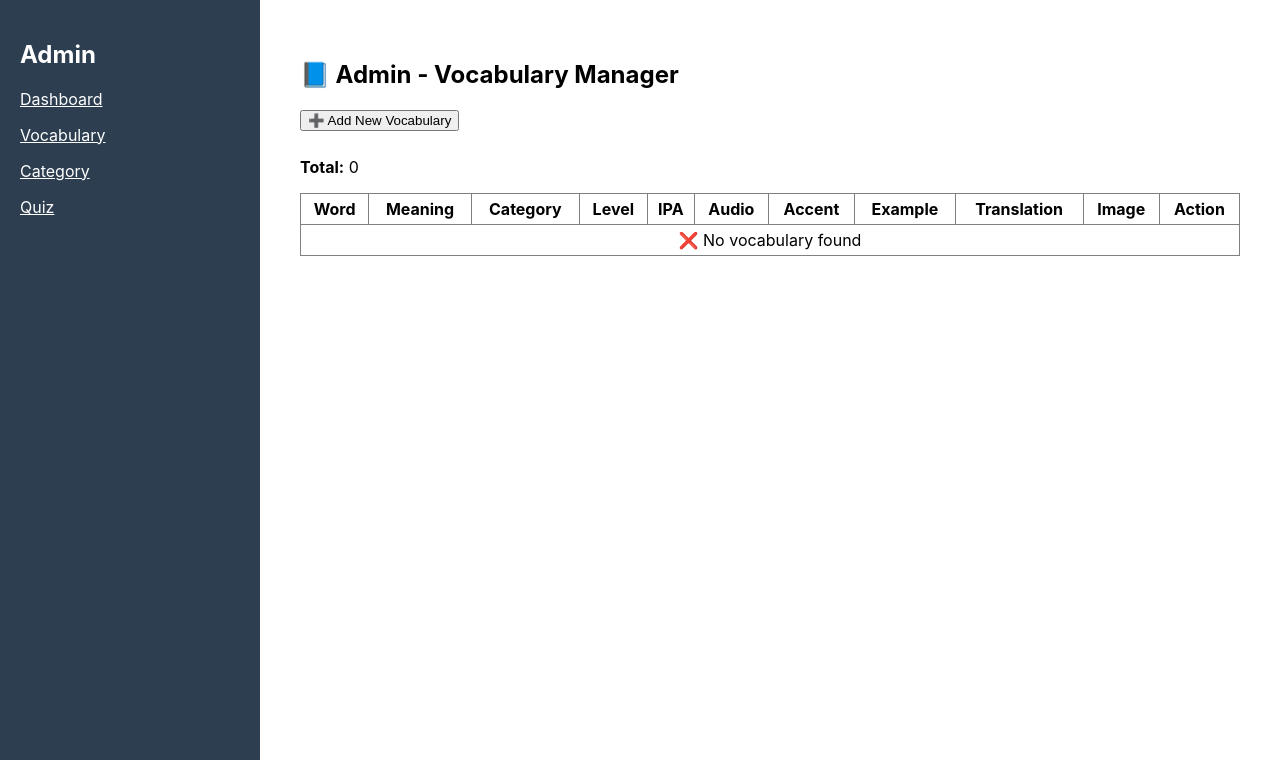
Repository: Vu-Tien-Duc/LearnEnglish-with-API
Page: /admin/vocabulary
These files come from the project's save history. The page is drawn as it stood at one moment and after the next save; the edit follows.
The browser window is 1280 px wide. The pictures show the whole page.
The page's requests for data from a server got no answer. The project was rebuilt for these pictures with package versions that can differ from the ones it lists, and the page was loaded fresh each time. No one was signed in, and anything a server would have sent is missing. Also part of the build but not shown: src/pages/Home.jsx, src/pages/Login.jsx, src/pages/Register.jsx, src/pages/admin/CategoryManager.jsx, src/pages/admin/Dashboard.jsx.

Above is the page before, as saved 2026-03-23 08:01:14.

### src/App.js
import { BrowserRouter as Router, Routes, Route } from "react-router-dom";

import Home from "./pages/Home";
import Login from "./pages/Login";
import Register from "./pages/Register";

import AdminLayout from "./components/AdminLayout";
import CategoryManager from "./pages/admin/CategoryManager";
import Dashboard from "./pages/admin/Dashboard";
import VocabularyManager from "./pages/admin/VocabularyManager";

function App() {
  return (
    <Router>
      <Routes>

        {/* HOME */}
        <Route path="/" element={<Home />} />

        {/* AUTH */}
        <Route path="/login" element={<Login />} />
        <Route path="/register" element={<Register />} />

        {/* ADMIN */}
        <Route path="/admin" element={<AdminLayout />}>
          <Route index element={<Dashboard />} />
          <Route path="vocabulary" element={<VocabularyManager />} />
          <Route path="categories" element={<CategoryManager />} />
          <Route path="quiz" element={<div>Quiz Page</div>} />
        </Route>

      </Routes>
    </Router>
  );
}

export default App;

### src/components/AdminLayout.jsx
import { Link, Outlet } from "react-router-dom";
import { useEffect } from "react";


function AdminLayout() {
    useEffect(() => {
    const user = JSON.parse(localStorage.getItem("user"));

    if (!user || user.Role !== "Admin") {
      window.location.href = "/login";
    }
  }, []);
  return (
    <div style={{ display: "flex" }}>

      {/* Sidebar */}
      <div style={{
        width: "220px",
        background: "#2c3e50",
        color: "#fff",
        minHeight: "100vh",
        padding: "20px"
      }}>
        <h2>Admin</h2>

        <nav>
          <p><Link to="/admin" style={{color:"#fff"}}>Dashboard</Link></p>
          <p><Link to="/admin/vocabulary" style={{color:"#fff"}}>Vocabulary</Link></p>
          <p><Link to="/admin/categories" style={{color:"#fff"}}>Category</Link></p>
          <p><Link to="/admin/quiz" style={{color:"#fff"}}>Quiz</Link></p>
        </nav>
      </div>

      {/* Content */}
      <div style={{ flex: 1, padding: "20px" }}>
        <Outlet />
      </div>

    </div>
  );
}

export default AdminLayout;

### src/pages/admin/VocabularyManager.jsx
import { useEffect, useState } from "react";
import API from "../../services/api";

function VocabularyManager() {
  const [vocabList, setVocabList] = useState([]);
  const [categories, setCategories] = useState([]);
  const [loading, setLoading] = useState(false);
  const [editingWordID, setEditingWordID] = useState(null);
  const [message, setMessage] = useState("");
  const [showForm, setShowForm] = useState(false); // 👈 mới
  const [form, setForm] = useState({
    Word: "",
    Meaning: "",
    CategoryID: 1,
    DifficultyLevel: 1,
    IPA: "",
    AudioURL: "",
    Accent: "US",
    ExampleSentence: "",
    Translation: "",
    ImageURL: ""
  });

  useEffect(() => {
    if (message) {
      const timer = setTimeout(() => setMessage(""), 3000);
      return () => clearTimeout(timer);
    }
  }, [message]);

  // 🔒 Check quyền admin
  useEffect(() => {
    const user = JSON.parse(localStorage.getItem("user"));
    if (!user || user.Role !== "Admin") {
      alert("🚫 Bạn không có quyền!");
      window.location.href = "/login";
    }
  }, []);

  // ================= Fetch Data =================
  const fetchData = async () => {
    setLoading(true);
    try {
      const res = await API.get("/admin/vocabulary");
      let data = res.data;
      if (typeof data === "string") data = JSON.parse(data);
      if (!Array.isArray(data)) data = [];
      setVocabList(data);
    } catch (err) {
      console.error(err);
      setVocabList([]);
    } finally {
      setLoading(false);
    }
  };

  const fetchCategories = async () => {
    try {
      const res = await API.get("/admin/vocabulary/categories");
      setCategories(res.data);
      if (res.data.length > 0) {
        setForm((prev) => ({ ...prev, CategoryID: res.data[0].CategoryID }));
      }
    } catch (err) {
      console.error("Error fetching categories:", err);
    }
  };

  useEffect(() => {
    fetchCategories();
    fetchData();
  }, []);

  // ================= Add / Edit =================
  const handleSubmit = async () => {
    try {
      if (editingWordID) {
        await API.put(`/admin/vocabulary/${editingWordID}`, form);
        setMessage("✅ Cập nhật thành công!");
      } else {
        await API.post("/admin/vocabulary/", form);
        setMessage("➕ Thêm thành công!");
      }
      fetchData();
      setForm({
        Word: "",
        Meaning: "",
        CategoryID: categories[0]?.CategoryID || 1,
        DifficultyLevel: 1,
        IPA: "",
        AudioURL: "",
        Accent: "US",
        ExampleSentence: "",
        Translation: "",
        ImageURL: ""
      });
      setShowForm(false); // 👈 đóng form sau khi submit
      setEditingWordID(null);
    } catch (err) {
      console.error(err);
    }
  };

  // ================= Delete =================
  const handleDelete = async (id) => {
    try {
      await API.delete(`/admin/vocabulary/${id}`);
      setMessage("🗑 Xóa thành công!");
      fetchData();
    } catch (err) {
      console.error(err);
    }
  };

  // ================= Edit =================
  const handleEdit = (item) => {
    setEditingWordID(item.WordID);
    setForm({
      Word: item.Word,
      Meaning: item.Meaning,
      CategoryID: item.CategoryID || categories[0]?.CategoryID,
      DifficultyLevel: item.DifficultyLevel,
      IPA: item.IPA || "",
      AudioURL: item.AudioURL || "",
      Accent: item.Accent || "US",
      ExampleSentence: item.ExampleSentence || "",
      Translation: item.Translation || "",
      ImageURL: item.ImageURL || ""
    });
    setShowForm(true); // 👈 bật form khi edit
    window.scrollTo({ top: 0, behavior: "smooth" });
  };

  // ================= Helper =================
  const getFullAudioURL = (url) => {
    if (!url) return null;
    if (url.startsWith("http")) return url;
    if (url.startsWith("/")) return `http://127.0.0.1:5000${url}`;
    return `http://127.0.0.1:5000/${url}`;
  };
  const getFullImageURL = (url) => {
    if (!url) return null;
    if (url.startsWith("http")) return url;
    return `http://127.0.0.1:5000${url}`;
  };

  return (
    <div style={{ padding: "20px" }}>
      <h2>📘 Admin - Vocabulary Manager</h2>
      {message && <div style={{ position: "fixed", top: "20px", right: "20px", background: "#28a745", color: "#fff", padding: "12px 20px", borderRadius: "8px", boxShadow: "0 2px 8px rgba(0,0,0,0.2)" }}>{message}</div>}
      {loading && <p>Loading...</p>}

      <button onClick={() => { setShowForm(true); setEditingWordID(null); }} style={{ marginBottom: "10px" }}>➕ Add New Vocabulary</button>

      {/* ================= Modal Form ================= */}
      {showForm && (
        <div style={{
          position: "fixed",
          top: 0, left: 0, right: 0, bottom: 0,
          background: "rgba(0,0,0,0.5)",
          display: "flex",
          justifyContent: "center",
          alignItems: "center",
          zIndex: 1000
        }}>
          <div style={{ background: "#fff", padding: "20px", borderRadius: "10px", width: "600px", maxHeight: "90vh", overflowY: "auto", position: "relative" }}>
            <h3>{editingWordID ? "Edit Vocabulary" : "Add New Vocabulary"}</h3>
            <button onClick={() => setShowForm(false)} style={{ position: "absolute", top: "10px", right: "10px" }}>❌</button>

            <div style={{ display: "flex", flexDirection: "column", gap: "10px" }}>
              <input placeholder="Word" value={form.Word} onChange={(e) => setForm({ ...form, Word: e.target.value })} />
              <input placeholder="Meaning" value={form.Meaning} onChange={(e) => setForm({ ...form, Meaning: e.target.value })} />
              <select value={form.CategoryID} onChange={(e) => setForm({ ...form, CategoryID: parseInt(e.target.value) })}>
                {categories.map((cat) => (<option key={cat.CategoryID} value={cat.CategoryID}>{cat.CategoryName}</option>))}
              </select>
              <select value={form.DifficultyLevel} onChange={(e) => setForm({ ...form, DifficultyLevel: parseInt(e.target.value) })}>
                <option value={1}>Easy</option>
                <option value={2}>Medium</option>
                <option value={3}>Hard</option>
              </select>
              <input placeholder="IPA" value={form.IPA} onChange={(e) => setForm({ ...form, IPA: e.target.value })} />
              <input placeholder="AudioURL" value={form.AudioURL} onChange={(e) => setForm({ ...form, AudioURL: e.target.value })} />
              <select value={form.Accent} onChange={(e) => setForm({ ...form, Accent: e.target.value })}>
                <option value="">-- Select Accent --</option>
                <option value="US">US</option>
                <option value="UK">UK</option>
              </select>
              <input placeholder="Example" value={form.ExampleSentence} onChange={(e) => setForm({ ...form, ExampleSentence: e.target.value })} />
              <input placeholder="Translation" value={form.Translation} onChange={(e) => setForm({ ...form, Translation: e.target.value })} />
              <input type="file" accept="image/*" onChange={async (e) => {
                const file = e.target.files[0];
                if (!file) return;
                const formData = new FormData();
                formData.append("image", file);
                try {
                  const res = await API.post("/admin/vocabulary/upload-image", formData, { headers: { "Content-Type": "multipart/form-data" } });
                  setForm((prev) => ({ ...prev, ImageURL: res.data.url }));
                } catch (err) { console.error("Upload lỗi:", err); }
              }} />
              <button onClick={handleSubmit}>{editingWordID ? "✅ Update" : "➕ Add"}</button>
            </div>
          </div>
        </div>
      )}

      {/* ================= Table ================= */}
      <p><b>Total:</b> {vocabList.length}</p>
      <table border="1" cellPadding="5" style={{ borderCollapse: "collapse", width: "100%" }}>
        <thead>
          <tr>
            <th>Word</th><th>Meaning</th><th>Category</th><th>Level</th><th>IPA</th><th>Audio</th><th>Accent</th><th>Example</th><th>Translation</th><th>Image</th><th>Action</th>
          </tr>
        </thead>
        <tbody>
          {vocabList.length === 0 ? <tr><td colSpan={11} style={{ textAlign: "center" }}>❌ No vocabulary found</td></tr> :
            vocabList.map((item) => (
              <tr key={item.WordID}>
                <td>{item.Word}</td>
                <td>{item.Meaning}</td>
                <td>{item.CategoryName}</td>
                <td>{item.DifficultyLevel}</td>
                <td>{item.IPA}</td>
                <td>{item.AudioURL ? <audio controls><source src={getFullAudioURL(item.AudioURL)} type="audio/mpeg" /></audio> : "N/A"}</td>
                <td>{item.Accent}</td>
                <td>{item.ExampleSentence}</td>
                <td>{item.Translation}</td>
                <td>{item.ImageURL ? <img src={getFullImageURL(item.ImageURL)} alt={item.Word} width="50" /> : "N/A"}</td>
                <td>
                  <button onClick={() => handleEdit(item)}>✏️ Edit</button>
                  <button onClick={() => handleDelete(item.WordID)}>🗑 Delete</button>
                </td>
              </tr>
            ))}
        </tbody>
      </table>
    </div>
  );
}

export default VocabularyManager;

### src/services/api.js
import axios from "axios";

const API = axios.create({
  baseURL: "http://localhost:5000/api"
});

export default API;

Loaded but not shown: public/index.html (common file); src/index.js (common file); src/index.css (common file); src/reportWebVitals.js (common file)

After the next save:
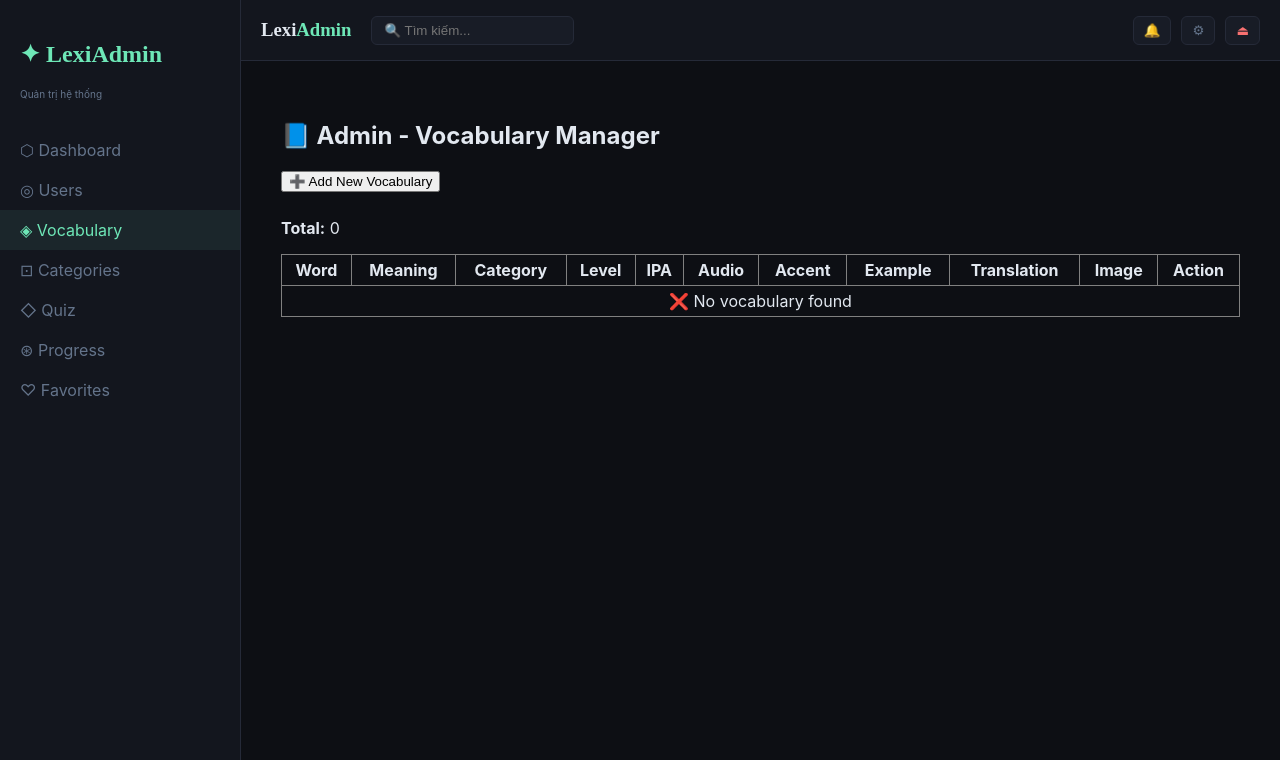
Saved 94 min 7 s later.
--- a/src/components/AdminLayout.jsx
+++ b/src/components/AdminLayout.jsx
@@ -1,43 +1,117 @@
-import { Link, Outlet } from "react-router-dom";
+import { Link, Outlet, useLocation } from "react-router-dom";
 import { useEffect } from "react";
 
+function AdminLayout() {
+  const location = useLocation();
 
-function AdminLayout() {
-    useEffect(() => {
+  useEffect(() => {
     const user = JSON.parse(localStorage.getItem("user"));
 
     if (!user || user.Role !== "Admin") {
       window.location.href = "/login";
     }
   }, []);
+
+  const isActive = (path) => location.pathname === path;
+
   return (
-    <div style={{ display: "flex" }}>
+    <div style={{ display: "flex", background: "#0d0f14", color: "#e2e8f0" }}>
 
-      {/* Sidebar */}
-      <div style={{
-        width: "220px",
-        background: "#2c3e50",
-        color: "#fff",
+      {/* SIDEBAR */}
+      <aside style={{
+        width: "240px",
+        background: "#13161e",
+        borderRight: "1px solid #252a38",
         minHeight: "100vh",
-        padding: "20px"
+        padding: "20px 0"
       }}>
-        <h2>Admin</h2>
+        <div style={{ padding: "0 20px 20px" }}>
+          <h2 style={{ color: "#6ee7b7", fontFamily: "serif" }}>✦ LexiAdmin</h2>
+          <p style={{ fontSize: "10px", color: "#64748b" }}>Quản trị hệ thống</p>
+        </div>
 
         <nav>
-          <p><Link to="/admin" style={{color:"#fff"}}>Dashboard</Link></p>
-          <p><Link to="/admin/vocabulary" style={{color:"#fff"}}>Vocabulary</Link></p>
-          <p><Link to="/admin/categories" style={{color:"#fff"}}>Category</Link></p>
-          <p><Link to="/admin/quiz" style={{color:"#fff"}}>Quiz</Link></p>
+          <NavItem to="/admin" label="⬡ Dashboard" active={isActive("/admin")} />
+          <NavItem to="/admin/users" label="◎ Users" active={isActive("/admin/users")} />
+          <NavItem to="/admin/vocabulary" label="◈ Vocabulary" active={isActive("/admin/vocabulary")} />
+          <NavItem to="/admin/categories" label="⊡ Categories" active={isActive("/admin/categories")} />
+          <NavItem to="/admin/quiz" label="◇ Quiz" active={isActive("/admin/quiz")} />
+          <NavItem to="/admin/progress" label="⊛ Progress" active={isActive("/admin/progress")} />
+          <NavItem to="/admin/favorites" label="♡ Favorites" active={isActive("/admin/favorites")} />
         </nav>
+      </aside>
+
+      {/* MAIN */}
+      <div style={{ flex: 1, display: "flex", flexDirection: "column" }}>
+
+        {/* TOPBAR */}
+        <header style={{
+          height: "60px",
+          background: "#13161e",
+          borderBottom: "1px solid #252a38",
+          display: "flex",
+          alignItems: "center",
+          padding: "0 20px"
+        }}>
+          <h3 style={{ fontFamily: "serif" }}>
+            Lexi<span style={{ color: "#6ee7b7" }}>Admin</span>
+          </h3>
+
+          <input
+            placeholder="🔍 Tìm kiếm..."
+            style={{
+              marginLeft: "20px",
+              padding: "6px 12px",
+              background: "#181c26",
+              border: "1px solid #252a38",
+              borderRadius: "6px",
+              color: "#fff"
+            }}
+          />
+
+          <div style={{ marginLeft: "auto", display: "flex", gap: "10px" }}>
+            <button style={btn}>🔔</button>
+            <button style={btn}>⚙</button>
+            <button style={{ ...btn, color: "#f87171" }}>⏏</button>
+          </div>
+        </header>
+
+        {/* CONTENT */}
+        <div style={{ padding: "20px" }}>
+          <Outlet />
+        </div>
+
       </div>
-
-      {/* Content */}
-      <div style={{ flex: 1, padding: "20px" }}>
-        <Outlet />
-      </div>
-
     </div>
   );
 }
 
+/* COMPONENT NAV ITEM */
+function NavItem({ to, label, active }) {
+  return (
+    <Link
+      to={to}
+      style={{
+        display: "block",
+        padding: "10px 20px",
+        color: active ? "#6ee7b7" : "#64748b",
+        background: active ? "rgba(110,231,183,0.08)" : "transparent",
+        textDecoration: "none"
+      }}
+    >
+      {label}
+    </Link>
+  );
+}
+
+/* BUTTON STYLE */
+const btn = {
+  background: "#181c26",
+  border: "1px solid #252a38",
+  color: "#64748b",
+  padding: "6px 10px",
+  borderRadius: "6px",
+  cursor: "pointer"
+};
+
 export default AdminLayout;
